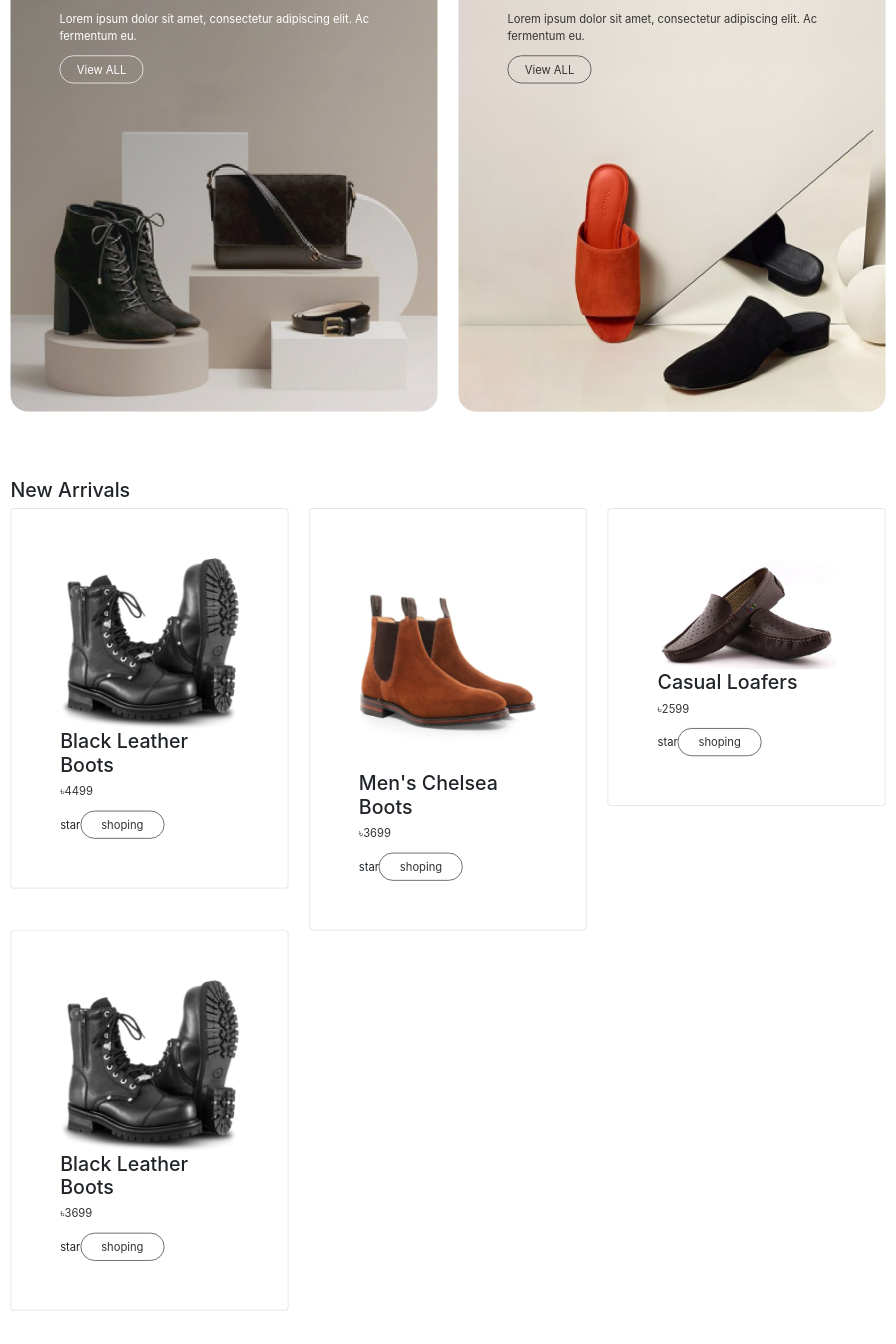
Repository: arif286/fashion-house
Page: /
The author's editor kept a copy of each file at every save. The page is drawn from the files as they stood at one save, then again after the next save.
The browser window is 1280 px wide. The pictures show the part of the page from y = 1173 to 3093 px (the page is 3093 px tall before and 3089 px after), at 70% of full size.
The project was rebuilt for these pictures with package versions that can differ from the ones it lists, and the page was loaded fresh each time. The framework's server and built-in components were replaced by stand-ins that run in the browser. Also part of the build but not shown: nuxt.config.js, components/Contact.vue, components/DisplayCollection.vue, components/Footer.vue, components/NuxtLogo.vue, components/Tutorial.vue.

Above is the page before, as saved 2021-07-12 06:27:25.

After the next save:
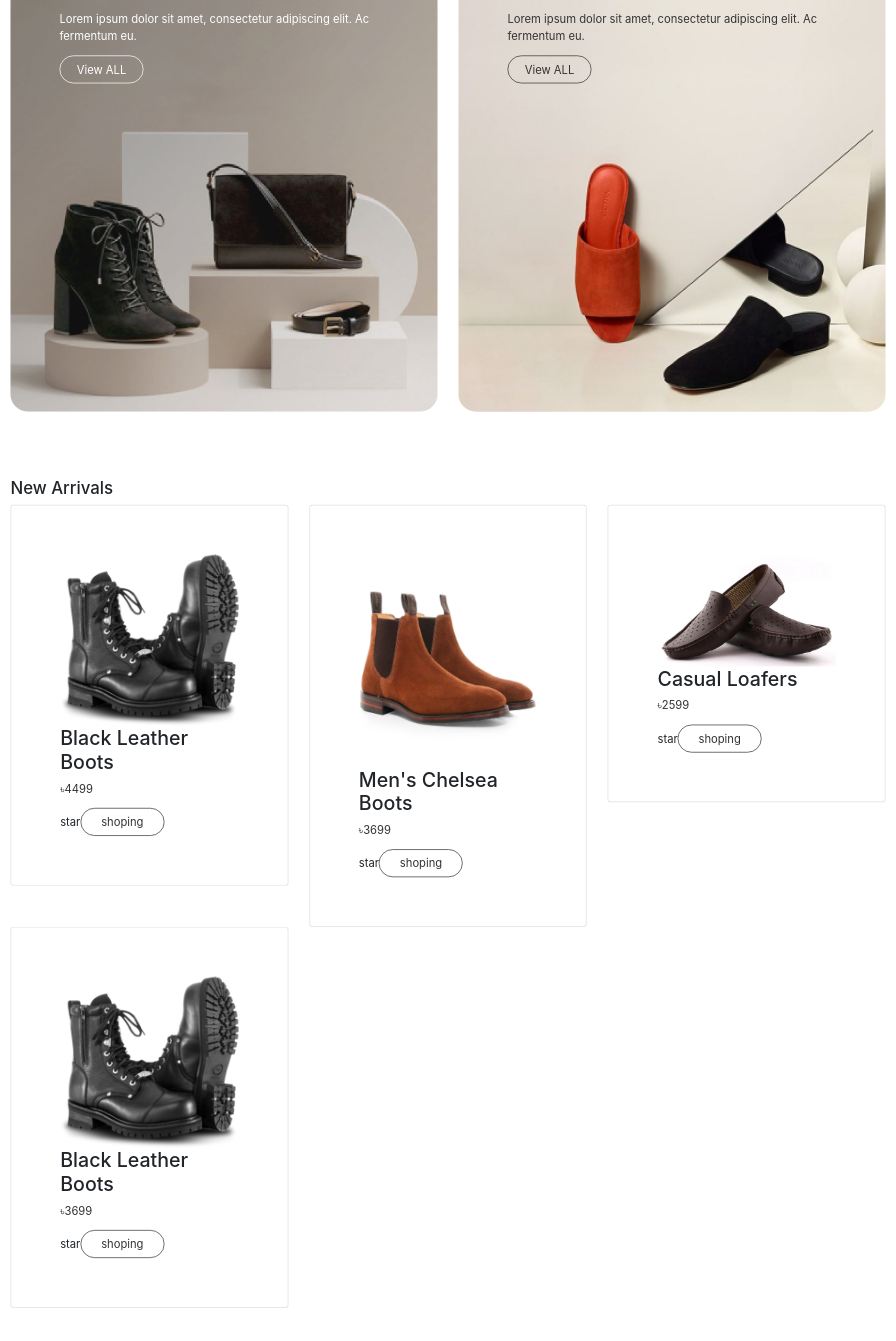
Saved 11 s later.
--- a/components/Products.vue
+++ b/components/Products.vue
@@ -1,6 +1,6 @@
 <template>
   <div class="container mb-5">
-    <h3>{{ title }}</h3>
+    <h4>{{ title }}</h4>
 
     <div class="row">
       <div
